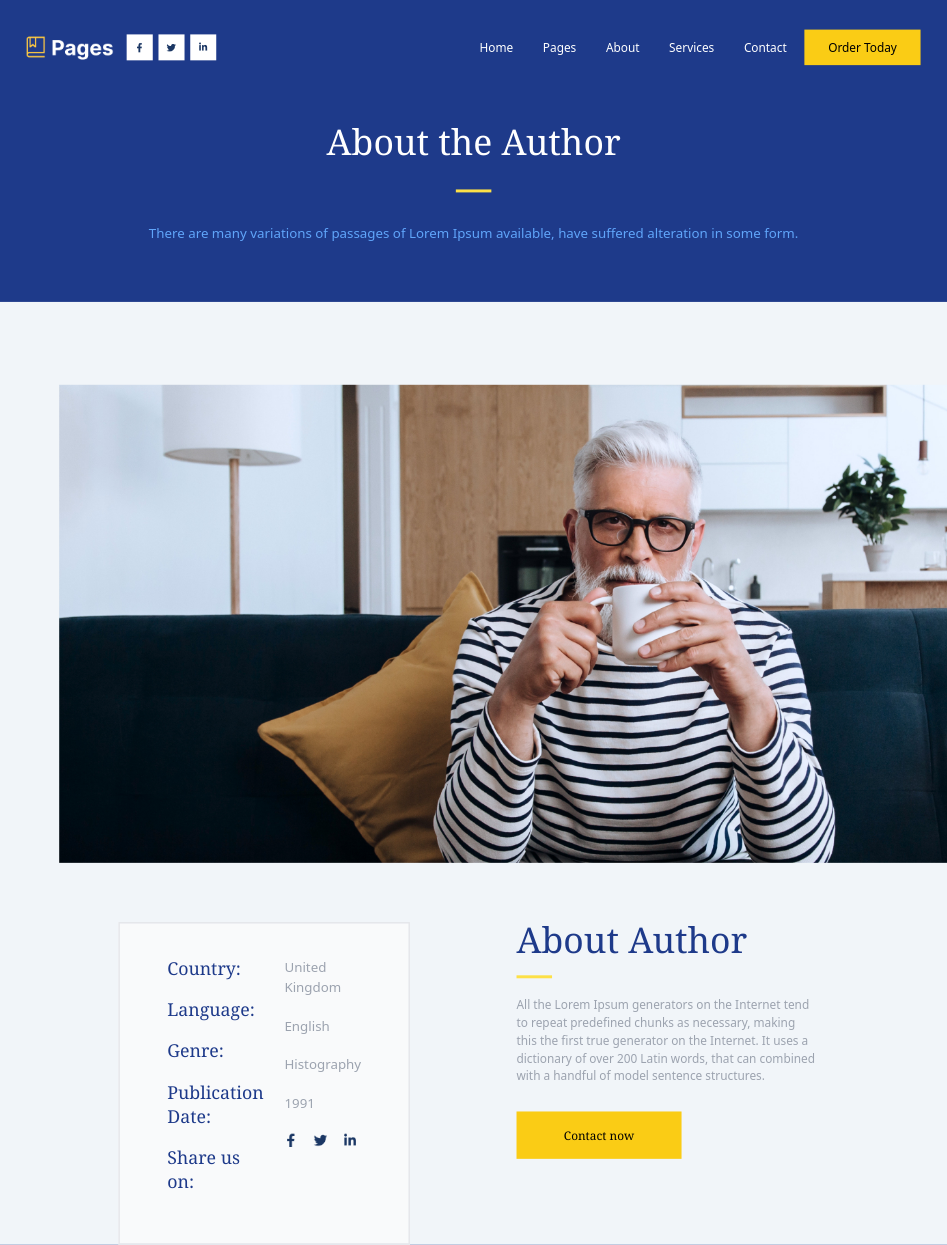
Repository: Godnorg/Class3
Page: index.html
These files come from the project's save history. The page is drawn as it stood at one moment and after the next save; the edit follows.
The browser window is 1280 px wide. The pictures show the whole page, at 74% of full size.
Some web libraries are served in a nearby version.

Above is the page before, as saved 2023-02-20 03:48:44.

After the next save:
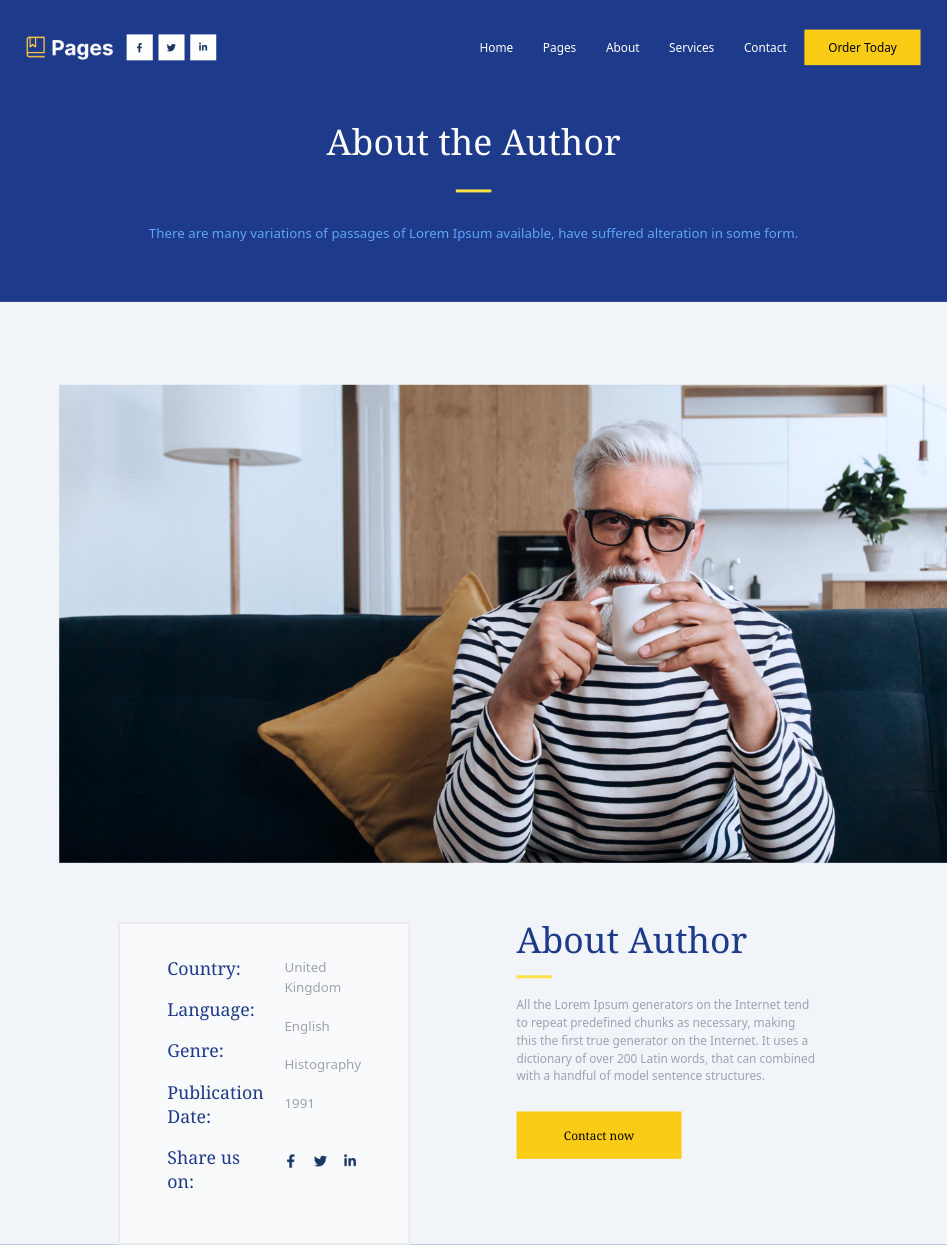
Saved 9 s later.
--- a/index.html
+++ b/index.html
@@ -50,7 +50,7 @@
                 <p class="pb-6 pr-0 text-lg text-gray-400 pl-7">United Kingdom</p>
                 <p class="pb-6 pr-0 text-lg text-gray-400 pl-7">English</p>
                 <p class="pb-6 pr-0 text-lg text-gray-400 pl-7">Histography</p>
-                <p class="pr-0 text-lg text-gray-400 pb- pl-7">1991</p>
+                <p class="pr-0 text-lg text-gray-400 pb-7 pl-7">1991</p>
                 <img src="./socialmedia.png" class="pr-0 pb-7 pt-7 pl-7">
                 </div>
             </div>
